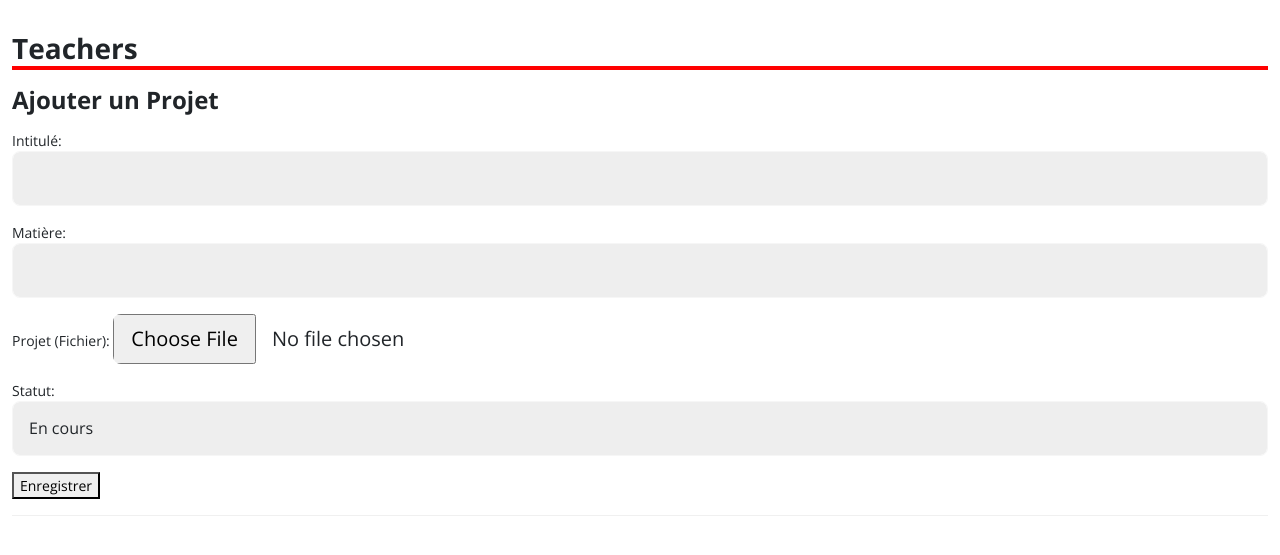
Repository: dimitri0004/Moodle
Page: http://localhost/enseignant/projet/ajouter
These files come from the project's save history. The page is drawn as it stood at one moment and after the next save; the edit follows.
The browser window is 1280 px wide. The pictures show the whole page.
The page is served by the project's application, run on Django 4.2 (manage.py).

Above is the page before, as saved 2023-08-16 15:00:27.
Console error: TypeError: Cannot set properties of null (setting 'innerHTML')

After the next save:
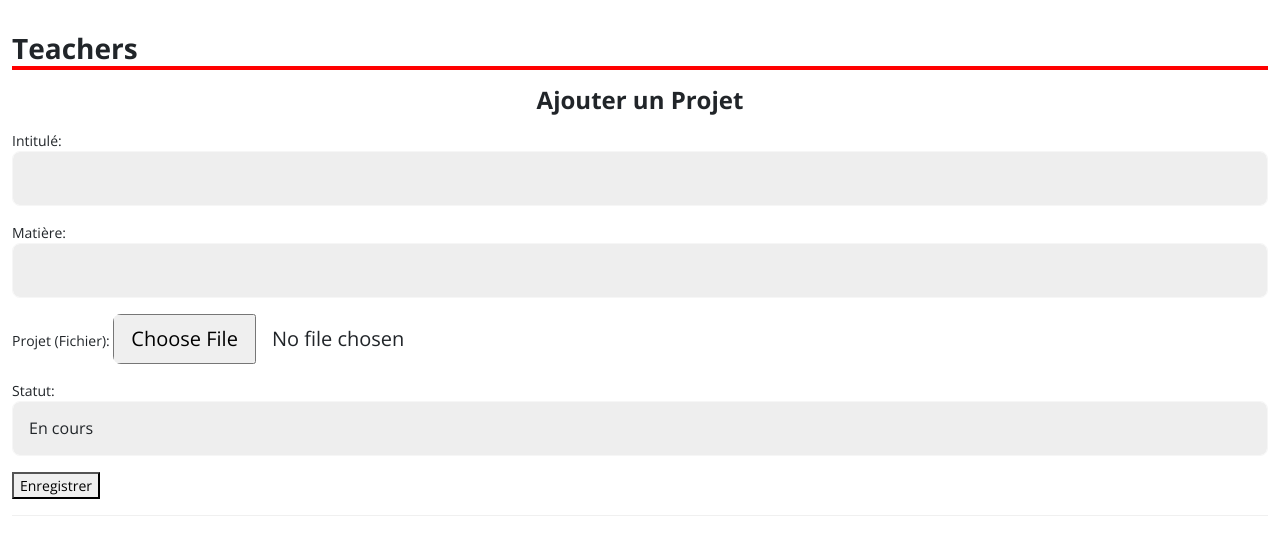
Saved 35 s later.
--- a/templates/Enseignant/projet.html
+++ b/templates/Enseignant/projet.html
@@ -14,7 +14,7 @@
                     <div class="card border-0 mb-4 no-bg">
                         <div class="card-header py-3 px-0  align-items-center  justify-content-between border-bottom">
                             <h3 class=" fw-bold flex-fill mb-3" style="border-bottom: 4px solid red; ">Teachers</h3>
-                            <h4 class="fw-bold flex-fill mb-3"  >Ajouter un Projet</h4>
+                            <h4 class="fw-bold flex-fill mb-3" style="text-align: center;" >Ajouter un Projet</h4>
 
 
                             <form method="post"   enctype="multipart/form-data">
